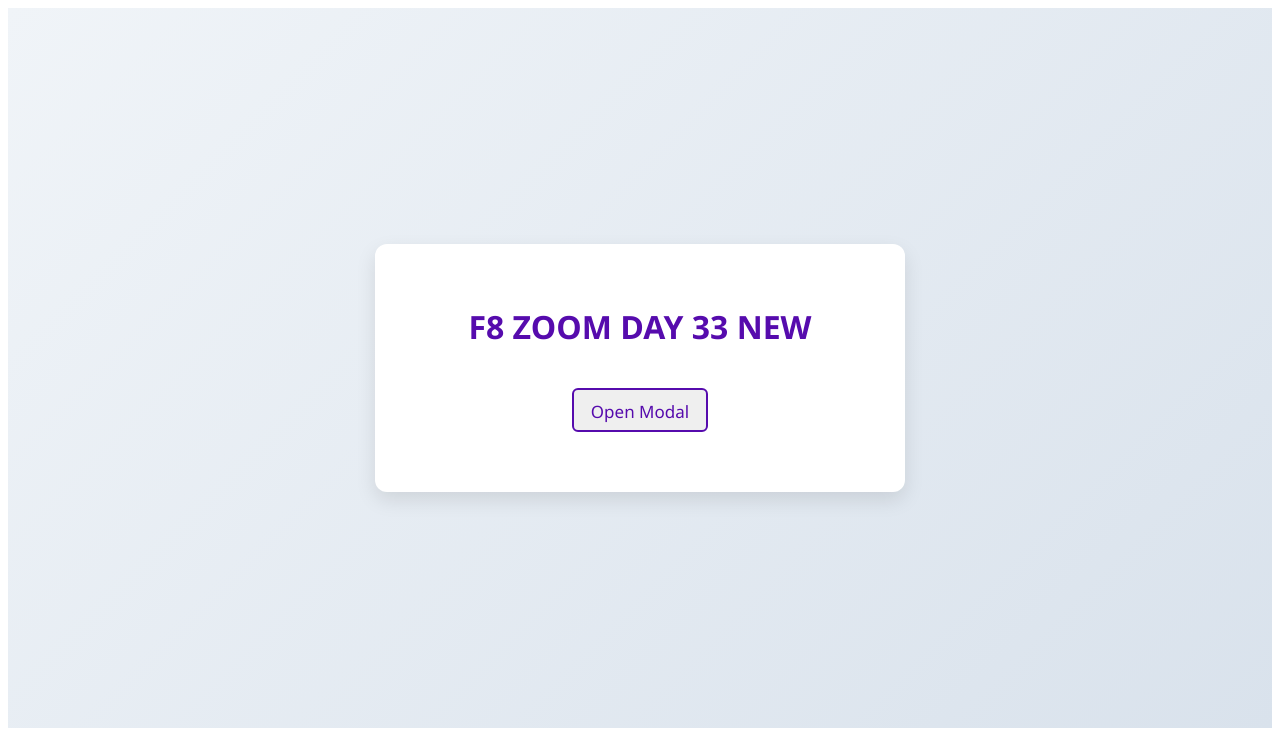
Repository: lannguyen1301/f8-zoom-day-33-new
Page: index.html
These files come from the project's save history. The page is drawn as it stood at one moment and after the next save; the edit follows.
The browser window is 1280 px wide. The pictures show the whole page.
After loading, the first visible `#open-modal` was clicked once.

Above is the page before, as saved 2025-08-06 23:25:19.

After the next save:
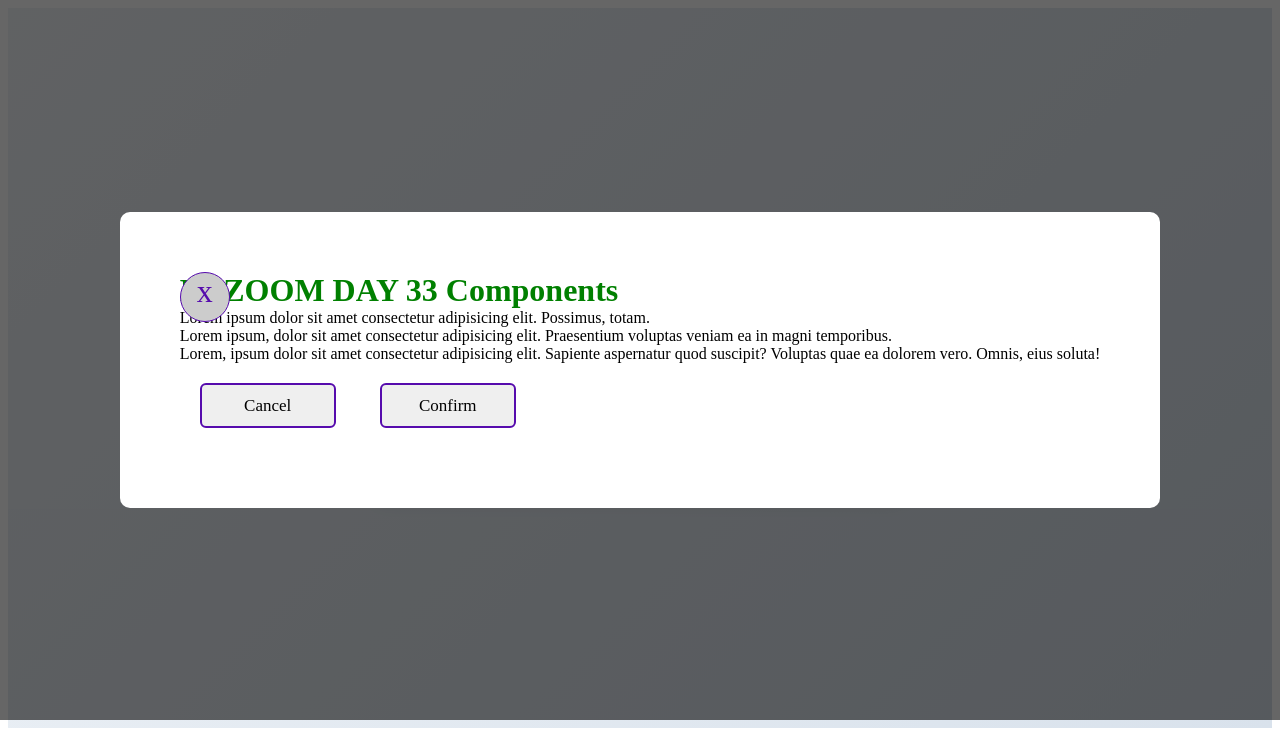
Saved 24 s later.
--- a/Components/app-modal.js
+++ b/Components/app-modal.js
@@ -145,8 +145,8 @@
         `;
 
         const templateContent = template.content.cloneNode(true);
-        this.shadowRoot.appendChild(template);
-        console.log(template);
+        this.shadowRoot.appendChild(templateContent);
+        console.log(templateContent);
     }
 }
 
